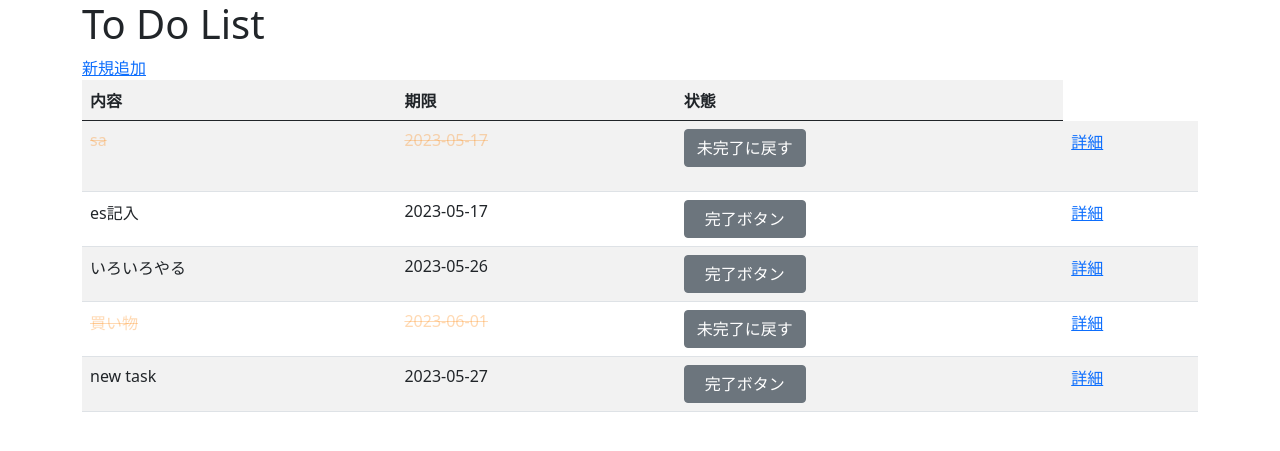
Repository: sgmtg/ToDoList
Page: http://localhost/
The author's editor kept a record of every edit. The page is drawn from the files as they stood at one moment, then again after the next edit.
The browser window is 1280 px wide. The pictures show the whole page.
The page is served by the project's application, run on Flask 3 (app.py). The page reads the database file committed with the project.

Above is the page before.

After the next edit:
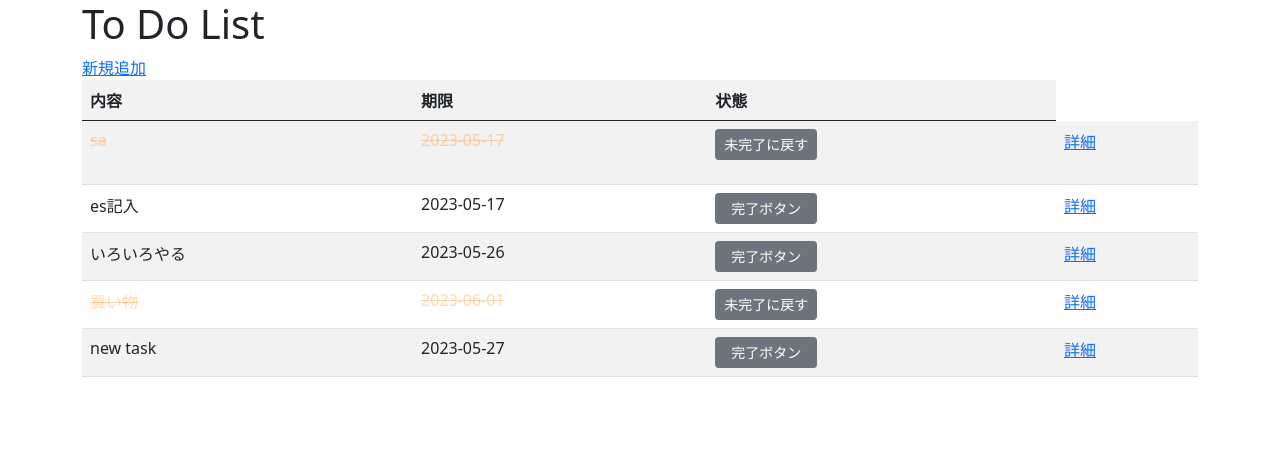
The edit:
--- a/templates/index.html
+++ b/templates/index.html
@@ -16,7 +16,7 @@
                 <td  {% if post.done %} class="done" {% endif %}>{{ post.due.date() }}</td>
                 </span>
                 <td><form action="/change_status/{{ post.id }}">
-                    <button type="submit" class="btn btn-secondary">
+                    <button type="submit" class="btn btn-secondary btn-sm">
                     {% if post.done %}未完了に戻す
                     {% else %}完了ボタン
                     {% endif %}
